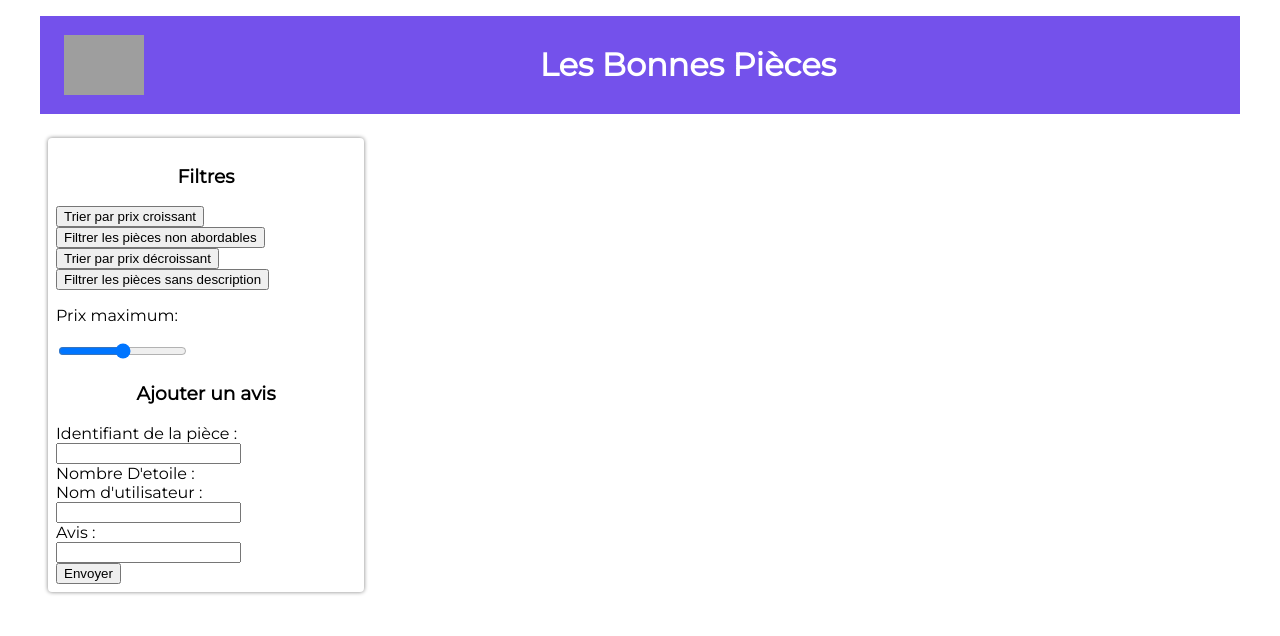
Repository: khadyba/Javascrip
Page: 7697016-Front-End.1/index.html
These files come from the project's save history. The page is drawn as it stood at one moment and after a run of saves; the edit follows.
The browser window is 1280 px wide. The pictures show the whole page.
Pictures or frames that could not be fetched are drawn as grey boxes. The page's requests for data from a server got no answer.

Above is the page before, as saved 2024-09-18 14:51:18.

### 7697016-Front-End.1/index.html
<!DOCTYPE html>
<html lang="fr">
	<head>
		<meta charset="utf-8">
		<title>Les Bonnes Pièces</title>
		<link rel="stylesheet" href="styles.css">
		<script type="module" src="pieces.js"></script>
	</head>
	<body>
		<header>
			<img src="images/logo-les-bonnes-pieces.png" alt="LOGO">
			<h1>Les Bonnes Pièces</h1>
		</header>
		<main>
			<!-- Menu de recherche -->
			<section class="filtres">
				<h3>Filtres</h3>
				<button class="btn-trier">Trier par prix croissant</button>
				<br>
				<button class="btn-filtrer">Filtrer les pièces non abordables</button>
				<br>
				<button class="btn-decroissant">Trier par prix décroissant</button>
				<br>
				<button class="btn-nodesc">Filtrer les pièces sans description</button>
				<br>
				<p>Prix maximum:</p>
				<input type="range" name="prix-max" id="prix-max" min="0" max="60" step="5">
				<!-- code a ajouter -->
				<h3>Ajouter un avis</h3>
				<form class="formulaire-avis">
					Identifiant de la pièce :<br>
					<input type="number" name="piece-id"><br>
					Nombre D'etoile : <br>
					Nom d'utilisateur :<br>
					<input type="text" name="utilisateur"><br>
					Avis :<br>
					<input type="text" name="commentaire"><br>
					<button>Envoyer</button>
				</form>
			</section>

			<!-- Fiches produits -->
			<section class="fiches">
				<!-- Code ajouté -->
				<div class="abordables">

				</div>
				<div class="disponibles">

				</div>
			</section>
		</main>
	</body>
</html>

### 7697016-Front-End.1/styles.css
@import url('https://fonts.googleapis.com/css2?family=Montserrat&display=swap');

body {
	max-width: 1200px;
	margin: auto;
	padding: 16px;
	font-family: 'Montserrat', sans-serif;
}

header {
	display: flex;
	flex-direction: row;
	align-items: center;
	margin-bottom: 16px;
	padding: 8px;
	background-color: #7451eb;
	text-align: center;
	color: white;
}
header img {
	height: 60px;
	margin-left: 1rem;
}
header h1 {
	flex-grow: 1;
}

main {
	display: flex;
	flex-direction: row;
}

.filtres {
	border-radius: 4px;
	box-shadow: 0px 0px 4px gray;
	margin: 8px;
	padding: 8px;
	min-width: 300px;
	min-height: 400px;
}
.filtres h3 {
	text-align: center;
}

.fiches {
	flex: 1;
	margin: 8px;
	display: grid;
	grid-template-columns: repeat(3, 1fr);
	gap: 4px;
}
.fiches article {
	border: 1px solid black;
	padding: 4px;
}
.fiches article img {
	display: block;
	margin-left: auto;
	margin-right: auto;
	max-width: 200px;
}
.fiches article p {
	margin-top: 4px;
	margin-bottom: 4px;
}
.fiches article h2 {
	text-align: center;
}

### 7697016-Front-End.1/pieces.js
import { ajoutListenersAvis, ajoutListenerEnvoyerAvis } from "./avis.js";

// Récupération des pièces depuis le fichier JSON
const reponse = await fetch('http://localhost:8081/pieces');
const pieces = await reponse.json();

function genererPieces(pieces){
    for (let i = 0; i < pieces.length; i++) {

        const article = pieces[i];
        // Récupération de l'élément du DOM qui accueillera les fiches
        const sectionFiches = document.querySelector(".fiches");
        // Création d’une balise dédiée à une pièce automobile
        const pieceElement = document.createElement("article");
        // Création des balises
        const imageElement = document.createElement("img");
        imageElement.src = article.image;
        const nomElement = document.createElement("h2");
        nomElement.innerText = article.nom;
        const prixElement = document.createElement("p");
        prixElement.innerText = `Prix: ${article.prix} € (${article.prix < 35 ? "€" : "€€€"})`;
        const categorieElement = document.createElement("p");
        categorieElement.innerText = article.categorie ?? "(aucune catégorie)";
        const descriptionElement = document.createElement("p");
        descriptionElement.innerText = article.description ?? "Pas de description pour le moment.";
        const stockElement = document.createElement("p");
        stockElement.innerText = article.disponibilite ? "En stock" : "Rupture de stock";
        //Code ajouté
        const avisBouton = document.createElement("button");
        avisBouton.dataset.id = article.id;
        avisBouton.textContent = "Afficher les avis";

        // On rattache la balise article a la section Fiches
        sectionFiches.appendChild(pieceElement);
        pieceElement.appendChild(imageElement);
        pieceElement.appendChild(nomElement);
        pieceElement.appendChild(prixElement);
        pieceElement.appendChild(categorieElement);
        pieceElement.appendChild(descriptionElement);
        pieceElement.appendChild(stockElement);
        //Code aJouté
        pieceElement.appendChild(avisBouton);

     }
     ajoutListenersAvis();
     ajoutListenerEnvoyerAvis()
}

genererPieces(pieces);

 //gestion des bouttons
const boutonTrier = document.querySelector(".btn-trier");

boutonTrier.addEventListener("click", function () {
    const piecesOrdonnees = Array.from(pieces);
    piecesOrdonnees.sort(function (a, b) {
        return a.prix - b.prix;
     });
     document.querySelector(".fiches").innerHTML = "";
    genererPieces(piecesOrdonnees);
});

const boutonFiltrer = document.querySelector(".btn-filtrer");

boutonFiltrer.addEventListener("click", function () {
    const piecesFiltrees = pieces.filter(function (piece) {
        return piece.prix <= 35;
    });
    document.querySelector(".fiches").innerHTML = "";
    genererPieces(piecesFiltrees);
});

//Correction Exercice
const boutonDecroissant = document.querySelector(".btn-decroissant");

boutonDecroissant.addEventListener("click", function () {
    const piecesOrdonnees = Array.from(pieces);
    piecesOrdonnees.sort(function (a, b) {
        return b.prix - a.prix;
     });
     document.querySelector(".fiches").innerHTML = "";
    genererPieces(piecesOrdonnees);
});

const boutonNoDescription = document.querySelector(".btn-nodesc");

boutonNoDescription.addEventListener("click", function () {
    const piecesFiltrees = pieces.filter(function (piece) {
        return piece.description
    });
    document.querySelector(".fiches").innerHTML = "";
    genererPieces(piecesFiltrees);
});

const noms = pieces.map(piece => piece.nom);
for(let i = pieces.length -1 ; i >= 0; i--){
    if(pieces[i].prix > 35){
        noms.splice(i,1);
    }
}
console.log(noms)
//Création de l'en-tête

const pElement = document.createElement('p')
pElement.innerText = "Pièces abordables";
//Création de la liste
const abordablesElements = document.createElement('ul');
//Ajout de chaque nom à la liste
for(let i=0; i < noms.length ; i++){
    const nomElement = document.createElement('li');
    nomElement.innerText = noms[i];
    abordablesElements.appendChild(nomElement);
}
// Ajout de l'en-tête puis de la liste au bloc résultats filtres
document.querySelector('.abordables')
    .appendChild(pElement)
    .appendChild(abordablesElements);

//Code Exercice
const nomsDisponibles = pieces.map(piece => piece.nom)
const prixDisponibles = pieces.map(piece => piece.prix)

for(let i = pieces.length -1 ; i >= 0; i--){
    if(pieces[i].disponibilite === false){
        nomsDisponibles.splice(i,1);
        prixDisponibles.splice(i,1);
    }
}

const disponiblesElement = document.createElement('ul');

for(let i=0 ; i < nomsDisponibles.length ; i++){
    const nomElement = document.createElement('li');
    nomElement.innerText = `${nomsDisponibles[i]} - ${prixDisponibles[i]} €`
    disponiblesElement.appendChild(nomElement);
}

const pElementDisponible = document.createElement('p')
pElementDisponible.innerText = "Pièces disponibles:";
document.querySelector('.disponibles').appendChild(pElementDisponible).appendChild(disponiblesElement)

const inputPrixMax = document.querySelector('#prix-max')
inputPrixMax.addEventListener('input', function(){
    const piecesFiltrees = pieces.filter(function(piece){
        return piece.prix <= inputPrixMax.value;
    });
    document.querySelector(".fiches").innerHTML = "";
    genererPieces(piecesFiltrees);
})

### 7697016-Front-End.1/avis.js
export function ajoutListenersAvis() {

    const piecesElements = document.querySelectorAll(".fiches article button");

    for (let i = 0; i < piecesElements.length; i++) {

     piecesElements[i].addEventListener("click", async function (event) {


      const id = event.target.dataset.id;
    //   on stok la reponse dans une constante
      const  reponse = await fetch("http://localhost:8081/pieces/" + id + "/avis");
    //   nous reconstituons  les donner en memoir   grace a la methode json
      const avis = await reponse.json();
    //   on les ajout au dom en recupérent l'element parent
      const pieceElement = event.target.parentElement;
    //   nous créeons l'element p
      const avisElement = document.createElement("p");
    //   nous remplissons la balise html p en parcourant les avis et en ajoutant le nom de l'utilisateur et son commentaire
      for (let i = 0; i < avis.length; i++) {
         avisElement.innerHTML += `${avis[i].utilisateur}: ${avis[i].commentaire} <br>`;
      }
    //   nous ratachons l'element p au parent récuperer précedement
      pieceElement.appendChild(avisElement);

     });

    }

 }

 export function ajoutListenerEnvoyerAvis() {
    const formulaireAvis = document.querySelector(".formulaire-avis");
    formulaireAvis.addEventListener("submit", function (event) {
        // Désactivation du comportement par défaut du navigateur
        event.preventDefault();
    // Création de l’objet du nouvel avis.
        const avis = {
            pieceId: parseInt(event.target.querySelector("[name=piece-id]").value),
            utilisateur: event.target.querySelector("[name=utilisateur").value,
            commentaire: event.target.querySelector("[name=commentaire]").value,
        };
        // Création de la charge utile au format JSON
        const chargeUtile = JSON.stringify(avis);

        // Appel de la fonction fetch avec toutes les informations nécessaires
        fetch("http://localhost:8081/avis", {
            method: "POST",
            headers: { "Content-Type": "application/json" },
            body: chargeUtile
        });

    });

 }

After the next 4 saves:
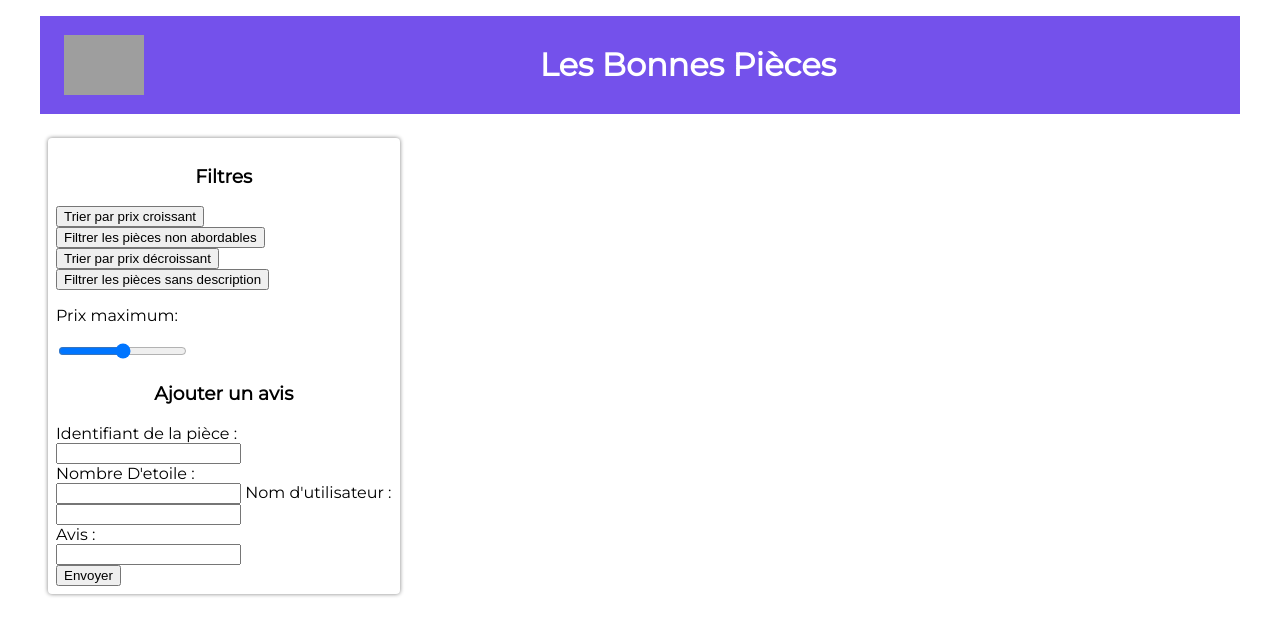
The 4 saves are shown as one change because they came seconds apart.
The last was saved 11 s later.
--- a/7697016-Front-End.1/index.html
+++ b/7697016-Front-End.1/index.html
@@ -31,6 +31,7 @@
 					Identifiant de la pièce :<br>
 					<input type="number" name="piece-id"><br>
 					Nombre D'etoile : <br>
+					<input type="number">
 					Nom d'utilisateur :<br>
 					<input type="text" name="utilisateur"><br>
 					Avis :<br>
